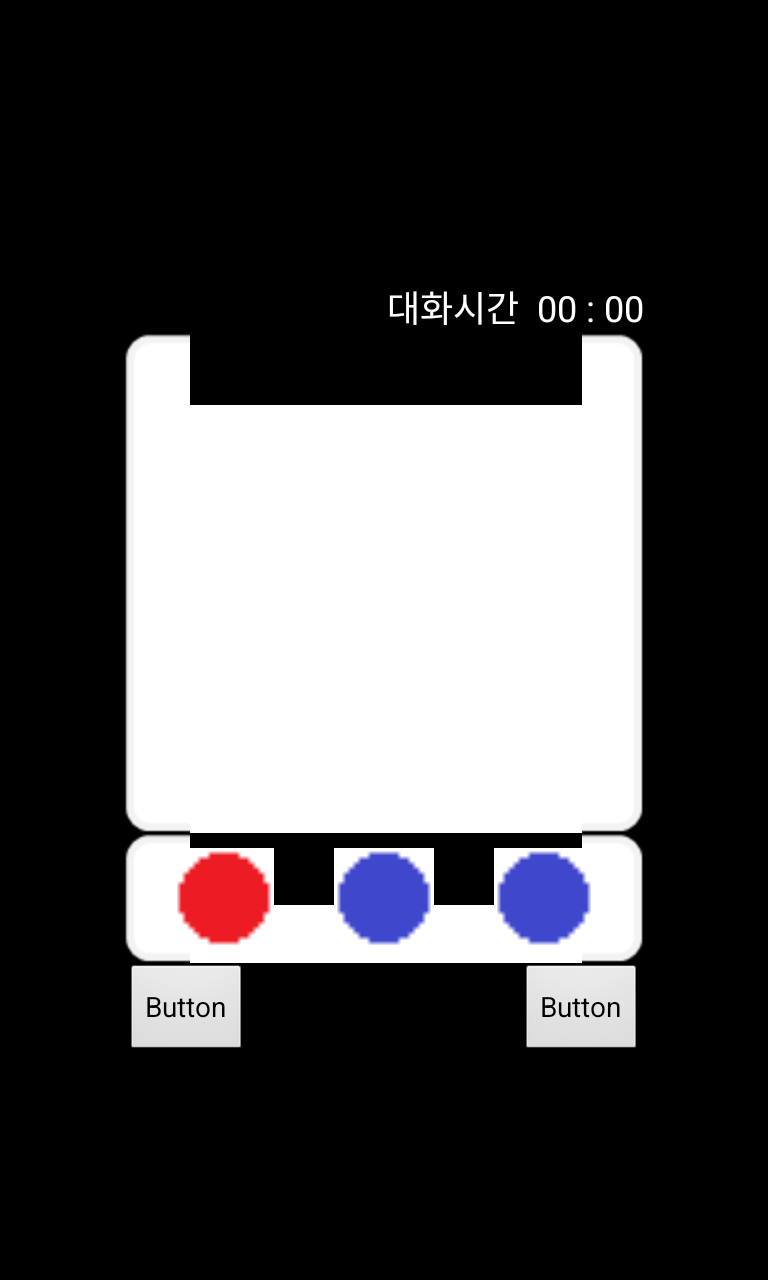
Repository: blacky512/smart_morning_call
Layout: client/SmartMorningCall/res/layout/voicechatting_frag.xml
These files come from the project's save history. The layout is drawn as it stood at one moment and after a run of saves; the edit follows.
It is drawn on a 768 x 1280 px phone screen (xhdpi) without system bars, with theme android:Theme.NoTitleBar; the app's code is not run.

Above is the layout before, as saved 2013-02-23 18:48:08.

### client/SmartMorningCall/res/layout/voicechatting_frag.xml
<?xml version="1.0" encoding="utf-8"?>
<RelativeLayout xmlns:android="http://schemas.android.com/apk/res/android"
    android:layout_width="match_parent"
    android:layout_height="match_parent" >

    <LinearLayout
        android:id="@+id/linearLayout1"
        android:layout_width="wrap_content"
        android:layout_height="wrap_content"
        android:layout_centerHorizontal="true"
        android:layout_centerVertical="true"
        android:orientation="vertical" >

        <TextView
            android:id="@+id/tvTimer"
            android:layout_width="wrap_content"
            android:layout_height="wrap_content"
            android:layout_gravity="right"
            android:layout_marginTop="30dp"
            android:text="대화시간  00 : 00"
            android:textAppearance="?android:attr/textAppearanceMedium" />

        <FrameLayout
            android:id="@+id/calling"
            android:layout_width="260dp"
            android:layout_height="250dp" >

            <ImageSwitcher
                android:id="@+id/imSW1"
                android:layout_width="match_parent"
                android:layout_height="match_parent"
                android:background="@drawable/te" >
            </ImageSwitcher>
        </FrameLayout>

        <RelativeLayout
            android:id="@+id/RelativeLayout1"
            android:layout_width="260dp"
            android:layout_height="wrap_content"
            android:background="@drawable/te"
            android:gravity="center"
            android:padding="0dp" >

            <LinearLayout
                android:layout_width="wrap_content"
                android:layout_height="wrap_content"
                android:layout_alignParentLeft="true"
                android:layout_alignParentTop="true"
                android:orientation="horizontal"
                android:padding="0dp" >

                <ImageView
                    android:id="@+id/voicechat_step1"
                    android:layout_width="50dp"
                    android:layout_height="50dp"
                    android:layout_gravity="center"
                    android:src="@drawable/circlered" />

                <ImageView
                    android:id="@+id/voicechat_step2"
                    android:layout_width="50dp"
                    android:layout_height="50dp"
                    android:layout_gravity="center"
                    android:layout_marginLeft="30dp"
                    android:layout_marginRight="30dp"
                    android:src="@drawable/circle" />

                <ImageView
                    android:id="@+id/voicechat_step3"
                    android:layout_width="50dp"
                    android:layout_height="50dp"
                    android:layout_gravity="center"
                    android:src="@drawable/circle" />
            </LinearLayout>
        </RelativeLayout>

        <RelativeLayout
            android:id="@+id/RelativeLayout1"
            android:layout_width="match_parent"
            android:layout_height="wrap_content"
            android:padding="0dp" >

            <Button
                android:id="@+id/voicechat_confirm"
                android:layout_width="wrap_content"
                android:layout_height="wrap_content"
                android:layout_alignParentLeft="true"
                android:layout_centerVertical="true"
                android:layout_gravity="center"
                android:layout_weight="100dp"
                android:text="Button" />

            <Button
                android:id="@+id/voicechat_cut"
                android:layout_width="wrap_content"
                android:layout_height="wrap_content"
                android:layout_alignParentRight="true"
                android:layout_alignParentTop="true"
                android:layout_weight="1"
                android:text="Button" />

        </RelativeLayout>
    </LinearLayout>

</RelativeLayout>

After the next 2 saves:
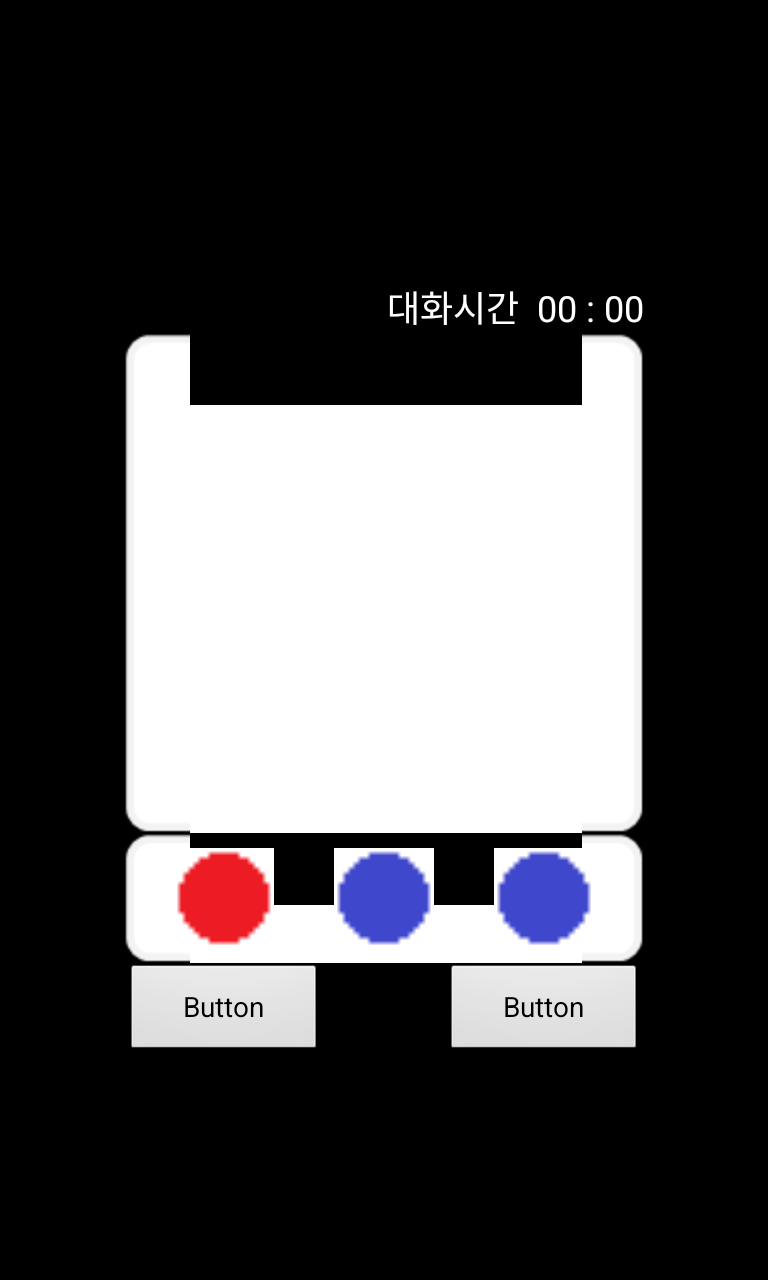
The 2 saves are shown as one change because they came seconds apart.
The last was saved 17 s later.
--- a/client/SmartMorningCall/res/layout/voicechatting_frag.xml
+++ b/client/SmartMorningCall/res/layout/voicechatting_frag.xml
@@ -82,17 +82,16 @@
 
             <Button
                 android:id="@+id/voicechat_confirm"
-                android:layout_width="wrap_content"
+                android:layout_width="100dp"
                 android:layout_height="wrap_content"
                 android:layout_alignParentLeft="true"
                 android:layout_centerVertical="true"
                 android:layout_gravity="center"
-                android:layout_weight="100dp"
                 android:text="Button" />
 
             <Button
                 android:id="@+id/voicechat_cut"
-                android:layout_width="wrap_content"
+                android:layout_width="100dp"
                 android:layout_height="wrap_content"
                 android:layout_alignParentRight="true"
                 android:layout_alignParentTop="true"
